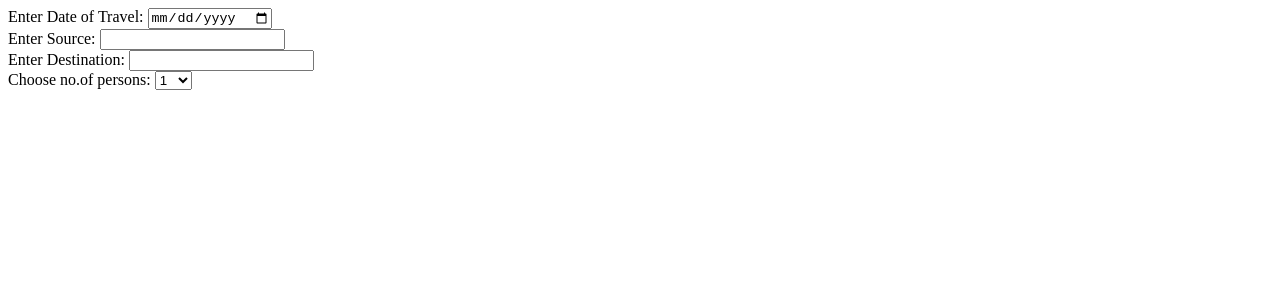
Repository: Pranathi99/FlyAway
Page: FlyAway/src/main/webapp/home.html
The author's editor kept a copy of each file at every save. The page is drawn from the files as they stood at one save, then again after the next save.
The browser window is 1280 px wide. The pictures show the whole page.

Above is the page before, as saved 2023-03-24 16:14:34.

### FlyAway/src/main/webapp/home.html
<!DOCTYPE html>
<html>
<head>
<meta charset="ISO-8859-1">
<title>FlyAway App</title>
</head>
<body>
	<form action="Home" method="post">
		Enter Date of Travel: <input type="date" name="travelDate"/>
		<br/>
		Enter Source: <input type="text" name="source"/>
		<br/>
		Enter Destination: <input type="text" name="destination"/>
		<br/>
		Choose no.of persons:
		<select>
			<option>1</option>
			<option>2</option>
			<option>3</option>
			<option>4</option>
			<option>5</option>
			<option>6</option>
			<option>7</option>
			<option>8</option>
			<option>9</option>
			<option>10</option>
		</select>
	</form>
</body>
</html>

After the next save:
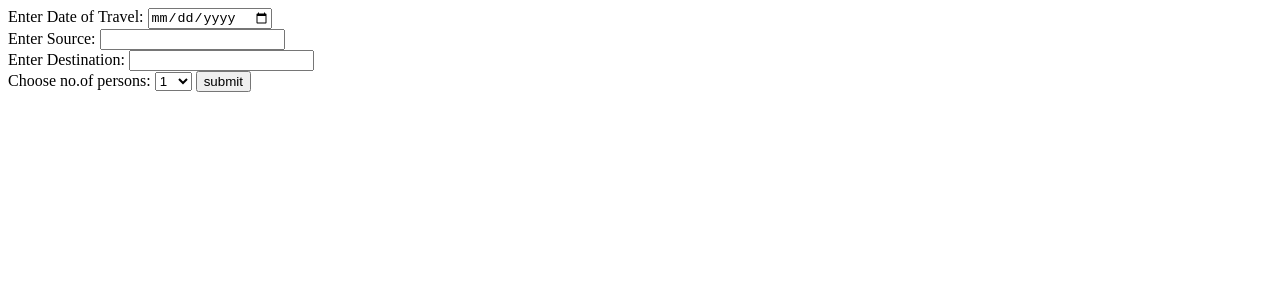
Saved 12 min 46 s later.
--- a/FlyAway/src/main/webapp/home.html
+++ b/FlyAway/src/main/webapp/home.html
@@ -25,6 +25,7 @@
 			<option>9</option>
 			<option>10</option>
 		</select>
+		<input type="submit" value="submit"/>
 	</form>
 </body>
 </html>
